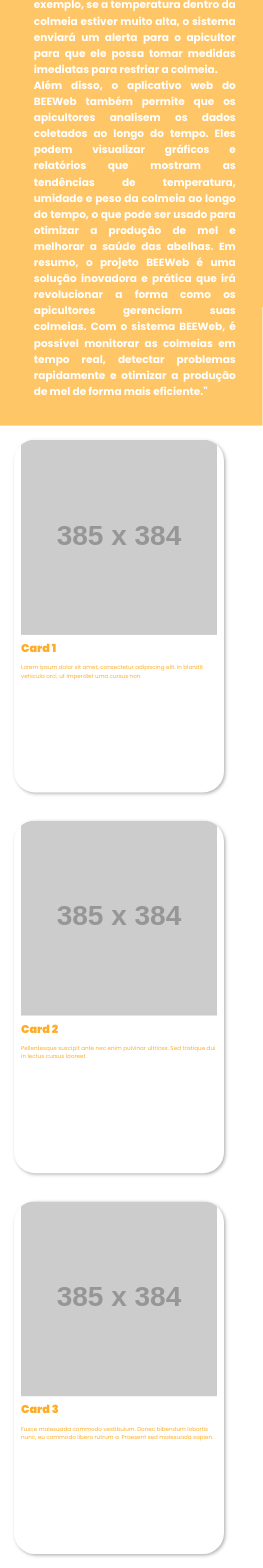
Repository: CCG-web/beeweb
Page: /
An editor plug-in stored every save of this project. The page is shown before and after the next save, followed by the edit.
The browser window is 375 px wide. The pictures show the part of the page from y = 1740 to 3980 px (the page is 3980 px tall), at 70% of full size.
The project was rebuilt for these pictures with package versions that can differ from the ones it lists, and the page was loaded fresh each time.

Above is the page before, as saved 2023-05-04 15:01:51.

### public/index.html
<!DOCTYPE html>
<html lang="en">
  <head>
    <meta charset="utf-8" />
    <link rel="icon" href="%PUBLIC_URL%/favicon.ico" />
    <meta name="viewport" content="width=device-width, initial-scale=1" />
    <meta name="theme-color" content="#000000" />
    <meta
      name="description"
      content="Web site created using create-react-app"
    />
    <link rel="preconnect" href="https://fonts.googleapis.com">
<link rel="preconnect" href="https://fonts.gstatic.com" crossorigin>
<link href="https://fonts.googleapis.com/css2?family=Poppins:ital,wght@0,100;0,200;0,300;0,400;0,500;0,600;0,700;0,800;0,900;1,100;1,200;1,300;1,400;1,500;1,600;1,700;1,800;1,900&display=swap" rel="stylesheet">
    <link rel="apple-touch-icon" href="%PUBLIC_URL%/logo192.png" />
    <!--
      manifest.json provides metadata used when your web app is installed on a
      user's mobile device or desktop. See https://developers.google.com/web/fundamentals/web-app-manifest/
    -->
    <link rel="manifest" href="%PUBLIC_URL%/manifest.json" />
    <!--
      Notice the use of %PUBLIC_URL% in the tags above.
      It will be replaced with the URL of the `public` folder during the build.
      Only files inside the `public` folder can be referenced from the HTML.

      Unlike "/favicon.ico" or "favicon.ico", "%PUBLIC_URL%/favicon.ico" will
      work correctly both with client-side routing and a non-root public URL.
      Learn how to configure a non-root public URL by running `npm run build`.
    -->
    <title>BeeWeb</title>
  </head>
  <body>
    <noscript>You need to enable JavaScript to run this app.</noscript>
    <div id="root"></div>
    <!--
      This HTML file is a template.
      If you open it directly in the browser, you will see an empty page.

      You can add webfonts, meta tags, or analytics to this file.
      The build step will place the bundled scripts into the <body> tag.

      To begin the development, run `npm start` or `yarn start`.
      To create a production bundle, use `npm run build` or `yarn build`.
    -->
  </body>
</html>

### src/index.css
*{
   margin: 0;
   padding: 0;
   box-sizing: border-box;
}

### src/App.js
import Navbar from "./components/Navbar";
import Home from "./components/Home.jsx"
import Sobre from "./components/Sobre";
import Cards from "./components/Cards";
import './App.css'
function App() {
  return (
    <div>
      <Navbar/>
    <Home/>
    <Sobre/>




    <div className='cardContainer'>




    <Cards
        image="https://via.placeholder.com/385x384.png?text=Image+1"
        alt="Image 1"
        title="Card 1"
        description="Lorem ipsum dolor sit amet, consectetur adipiscing elit. In blandit vehicula orci, ut imperdiet urna cursus non."
        />
      <Cards
        image="https://via.placeholder.com/385x384.png?text=Image+2"
        alt="Image 2"
        title="Card 2"
        description="Pellentesque suscipit ante nec enim pulvinar ultrices. Sed tristique dui in lectus cursus laoreet. "
        />
      <Cards
        image="https://via.placeholder.com/385x384.png?text=Image+3"
        alt="Image 3"
        title="Card 3"
        description="Fusce malesuada commodo vestibulum. Donec bibendum lobortis nunc, eu commodo libero rutrum a. Praesent sed malesuada sapien."
        />
  </div>

       </div>





  );
}

export default App;

### src/components/Navbar.jsx

import React, { useState, useEffect } from 'react'
import logoBee from "../assets/logoBEE.svg"
import { Divide as Hamburger } from 'hamburger-react'
import './Navbar.css'
const Navbar = () => {
  const [toggleMenu, setToggleMenu] = useState(false)
  const [screenWidth, setScreenWidth] = useState(window.innerWidth)

  const toggleNav = () => {

    setToggleMenu(!toggleMenu)
  }
  useEffect(() => {

    const changeWidth = () => {
      setScreenWidth(window.innerWidth);
    }

    window.addEventListener('resize', changeWidth)
    return () => {
      window.removeEventListener('resize', changeWidth)
    }
  }, [])

  return (



    <nav>

      {(toggleMenu || screenWidth > 1000) && (
        <ul className="list">


          <li className="items">Home</li>
          <li className="items">Sobre nós</li>
          <li className="items">Uso</li>
          <li className="items">Contato</li>

        </ul>
      )

      }


       <img src={logoBee} alt="" />

      <button onClick={toggleNav} className='btn'><Hamburger/></button>
    </nav>

  )
}

export default Navbar

### src/components/Home.jsx


import './Home.css'
const Home = () => {
    return (
        <section className='containerHome'>
            <div >

                <h1>BeeWeb</h1>

                <p>BEEWeb é um projeto inovador que tem como objetivo ajudar os apicultores <br/> a monitorar
                    suas colmeias de abelhas de forma mais eficiente.  </p>

                <button className='btnProjeto'>Projeto</button>
            </div>
        </section>
    )
}

export default Home

### src/components/Sobre.jsx
import React from 'react'

import './Sobre.css'

const Sobre = () => {
    return (
        <section className='ContainerSobre'  >
            <div className='itens'>

                <div className='texto first'>

                <h1>Sobre nós</h1>

                    <p>BEEWeb é um projeto inovador que tem como objetivo ajudar os apicultores a monitorar suas colmeias de abelhas de forma mais eficiente. Desenvolvido por Bolsistas/alunos com auxílio de professores do IFCE, em uma parceria com o Centro de Inovação e Difusão de Tecnologias para o Semiárido (CIDTS). O projeto BEEWeb utiliza uma combinação de dispositivos eletrônicos e tecnologia web para fornecer informações valiosas sobre as colmeias. <br />

                        O sistema BEEWeb é composto por dois principais componentes: sensores e um sistema web. Os sensores são instalados dentro e fora das colmeias para capturar dados em tempo real, como temperatura, umidade e peso das colmeias. Esses dados são então transmitidos para o sistema web, que permite que os apicultores monitorem e analisem as informações em tempo real.
                    </p>
                </div>

            </div>
            <div className='itens two' >
                <div className='texto secord' >
                <h1>Ainda</h1>

                    <p>Com o sistema BEEWeb, os apicultores podem detectar rapidamente quaisquer problemas em suas colmeias e tomar medidas corretivas para evitá-los. Por exemplo, se a temperatura dentro da colmeia estiver muito alta, o sistema enviará um alerta para o apicultor para que ele possa tomar medidas imediatas para resfriar a colmeia. <br />

                        Além disso, o aplicativo web do BEEWeb também permite que os apicultores analisem os dados coletados ao longo do tempo. Eles podem visualizar gráficos e relatórios que mostram as tendências de temperatura, umidade e peso da colmeia ao longo do tempo, o que pode ser usado para otimizar a produção de mel e melhorar a saúde das abelhas.

                        Em resumo, o projeto BEEWeb é uma solução inovadora e prática que irá revolucionar a forma como os apicultores gerenciam suas colmeias. Com o sistema BEEWeb, é possível monitorar as colmeias em tempo real, detectar problemas rapidamente e otimizar a produção de mel de forma mais eficiente."
                    </p>
                </div>
            </div>
        </section>
    )
}

export default Sobre

### src/components/Cards.jsx
import React from 'react'
import './Cards.css'
function Cards(props) {
    return (



   <div className="card">
        <img src={props.image} alt={props.alt} />
        <div className="card-content">
          <h3>{props.title}</h3>
          <p className='description'>{props.description}</p>
        </div>
      </div>






    );
  }

export default Cards

### src/App.css
.cardContainer {
    display: flex;
    justify-content: center;

}

@media screen and (max-width: 567px) {
    .cardContainer {
        display: block;
        justify-content: center;
        margin-left: auto;
        padding: auto;
    }

    .card {
        width: 80%;

    }
    img{
        width: 50px;
    }
}

### src/components/Navbar.css
nav {
    font-family: 'Poppins', sans-serif;
    font-size: 20px;
    font-weight: 300;

    position: relative;
    top: 0;
    width: 100%;
    height: 200px;
    background-color: #ffad26;
    color: white;
}


img{
    position: absolute;
    left: 10px;
    top: -10px;
    width: 386px;
    height: 233px;

}
.list {
    list-style-type: none;
    background: #ffad26;
    height: 100%;
    display: flex;
    justify-content:flex-end;
    align-items: center;
    position: relative;
}

.items {
    margin-right: 75px;
    font-size: 20px;
    color: white;
    cursor: pointer;
    transition: color 0.3s ease, transform 0.3s ease;
  }

  .items:hover {
    color: black;
    transform: translateX(-5px) rotate(-5deg);
  }

.items {
    margin-right: 75px;
    font-size: 20px;

    color: white;
    cursor: pointer;
}

.btn {
    border: none;
    display: none;
    position: absolute;
    background-color:#ffad26;
    right: 10px;
    top: 20px;
    padding: 5px;
    color: white;
    font-size: 20px;
}

@media screen and (max-width: 1000px) {
    .list {
        flex-direction: column;
        height: auto;
    }
    img{
        position: absolute;
        left: 10px;
        top:0px;
        width: 155.6px;
        height: 93.2px;

    }
    nav{
        height: 100px;
    }
    .items:nth-child(1) {

        margin-top: 100px;
    }

    .items {
        border-top: 1px solid rgb(255, 249, 249);
        width: 100%;
        text-align: center;
        margin-right: 0px;
        padding: 20px 0;
    }

    .btn {
        display: block;
    }
}

### src/components/Home.css
section {
    width: 100%;
    margin-top: 200px;
    display: flex;
    justify-content: center;
    text-align: center;
}

h1 {
    font-family: 'Poppins', sans-serif;
    font-size: 96px;
    font-style: mixed;
    color: #4F4F4F;
}

p {
    font-family: 'Poppins', sans-serif;
    font-style: normal;
    font-size: 18px;
    color: #4F4F4F;
}

.btnProjeto {
    cursor: pointer;
    margin: 10px;
    font-size: 24px;
    background-color: #FFAD26;
    width: 280px;
    height: 86px;
    color: #FFFF;
    border: none;
    border-radius: 71px;
    transition: transform 0.4s ease-in-out, background-color 0.4s ease-in-out;
  }

  .btnProjeto:hover {
    background-color: #E76F00;
    transform: scale(1.05);
  }

  .btnProjeto:active {
    background-color: #FFC940;
    transform: scale(0.95);
  }



@media screen and (max-width: 1000px) {

    section {
        margin-top: 300px;
    }

    h1 {
        font-size: 48px;
    }



    .btnProjeto {
        width: 140px;
        height: 43px;
        font-size: 12px;
    }
}


@media screen and (max-width: 400px) {
    h1 {
        font-size: 30px;
    }
    p {
        font-size: 8px;
    }

    .btnProjeto {
        width: 70px;
        height: 21.5px;
    }

}

### src/components/Sobre.css
.ContainerSobre {
    justify-content: center;
    width: 100%;
    height: 850px;
    background-color: #FFC668;
    padding-left: 10px;


}

.itens>p {
    display: flex;
    text-align: right;
}

.texto>h1 {
    text-shadow: 0px 4px 20px rgba(0, 0, 0, 0.15);
    margin-top: 15px;
    color: white;
    font-size: 64px;
}

.texto {
    font-style: normal;
    font-weight: 700;
    margin: 5%;
    padding: 5%;
}

.first {
    text-align: left;
}

.secord {
    margin-top: 10%;
    text-align: right;


}


.texto>p {

    font-size: 18px;
    font-weight: bold;
    color: white;



}

.itens {
    width: 50%;
}

.ContainerSobre {
    background-size: auto;

}


@media screen and (max-width: 1000px) {
    .itens {
        width: 100%;
    }

    .ContainerSobre {
        background: none;
        background-color: #FFC668;
        display: flex;
        flex-direction: column;
        height: 100%;

    }

    .texto>h1 {
        text-align: center;
        font-size: 32px;
        margin: 10px;
    }

    .texto {
        text-align: justify;
        margin-top: 10px;
        padding: 20px;

        height: 100%
    }

    .texto>p {
        font-size: 15px;
    }
}

### src/components/Cards.css
.card {

  width: 300px;
  height: 504px;
  margin: 20px;
  border-radius: 30px;
  box-shadow: 2px 2px 5px rgba(0, 0, 0, 0.3);
  display: inline-block;
  vertical-align: top;
  overflow: hidden;
  position: relative;
  transition: transform 0.3s ease-in-out;


}

.card img {
  width: calc(100% - 20px);
  height: auto;
}

.card:hover {
  transform: scale(1.05);
  z-index: 1;
  box-shadow: 2px 2px 10px rgba(0, 0, 0, 0.5);
}

h3 {
  margin: 10px;
  font-family: 'Poppins', sans-serif;
  font-style: normal;
  font-weight: 900;
  font-size: 16px;
  margin-top: 95%;
  color: #FFAD26;
}
.description{
  margin: 10px;
  color: #FFAD26;
}
.card:hover:after {
  content: "";
  display: block;
  position: absolute;
  top: 0;
  left: 0;
  width: 100%;
  height: 100%;
  z-index: -1;
}

Loaded but not shown: src/index.js (common file)

After the next save:
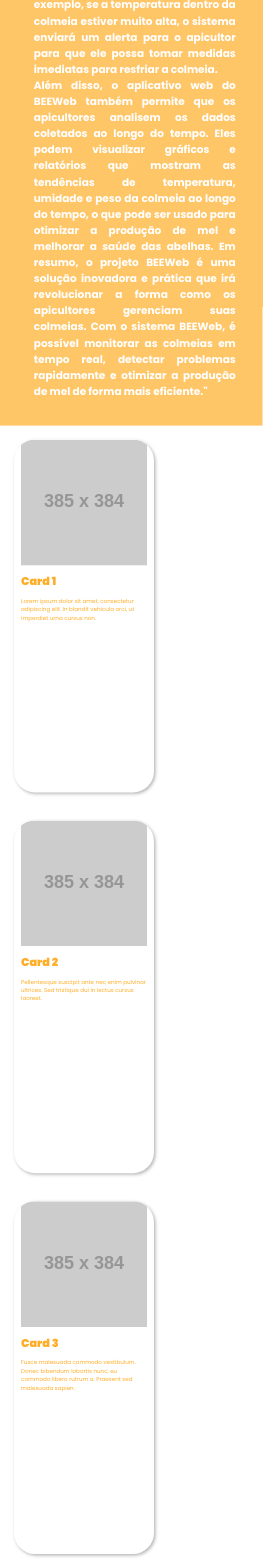
Saved 3 min 31 s later.
--- a/src/App.css
+++ b/src/App.css
@@ -13,7 +13,7 @@
     }
 
     .card {
-        width: 80%;
+        width: 200px;
 
     }
     img{
